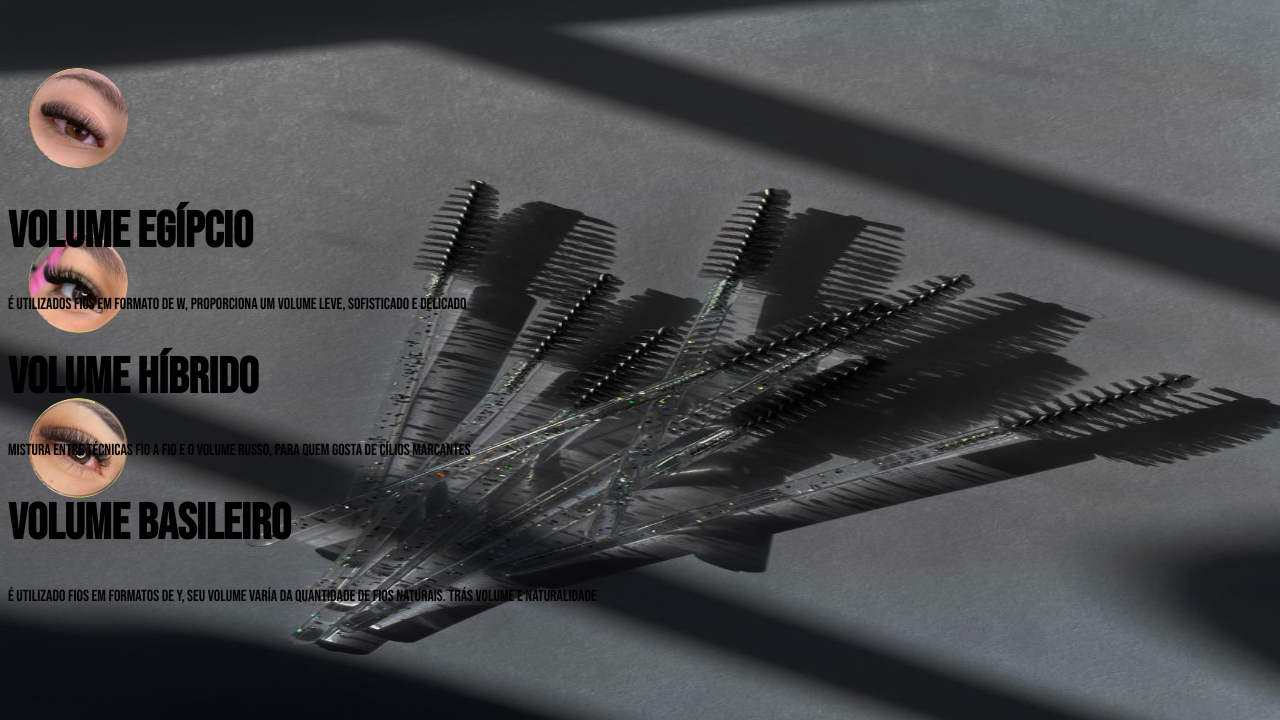
Repository: ketlyn-lash-designer/Ketlyn_Lash_Designer
Page: src/Pages/Modelos.html
An editor plug-in stored every save of this project. The page is shown before and after the next save, followed by the edit.
The browser window is 1280 px wide. The pictures show the whole page.

Above is the page before, as saved 2024-03-29 21:47:50.

After the next save:
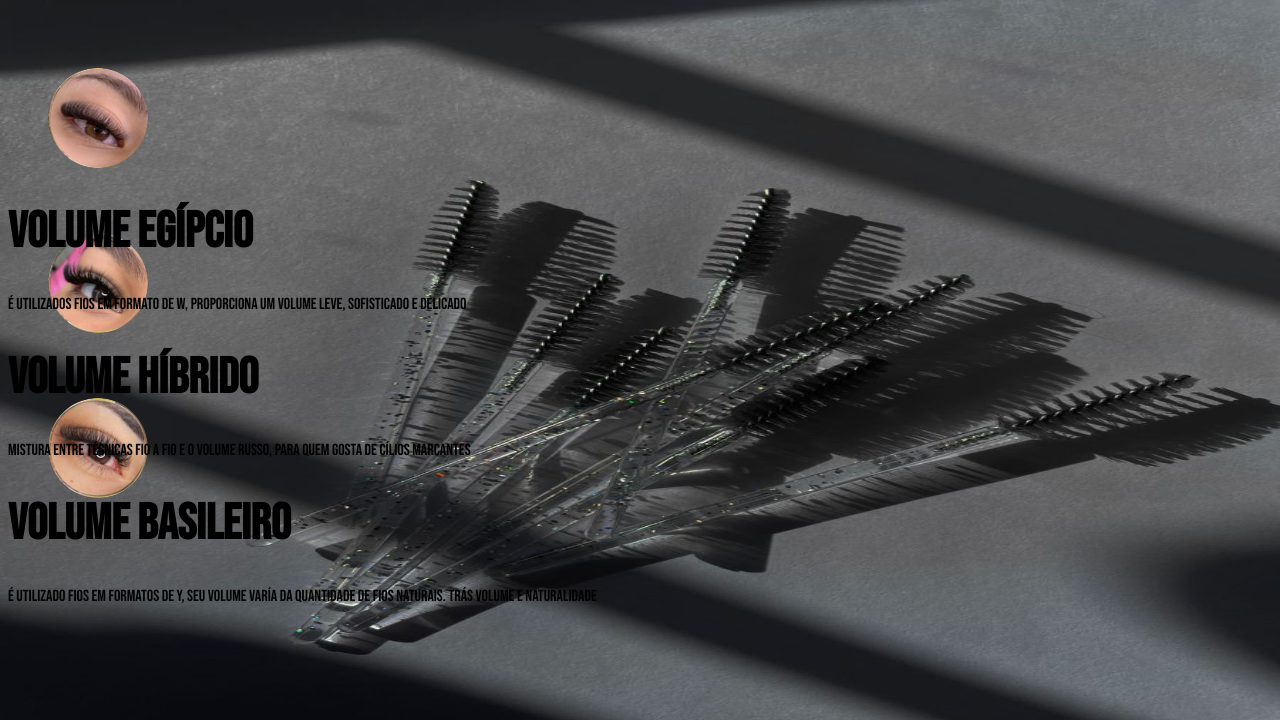
Saved 8 s later.
--- a/src/Styles/Modelos.css
+++ b/src/Styles/Modelos.css
@@ -18,7 +18,7 @@
 img {
   width: 100px;
   height: 100px;
-	padding: 30px 10px;
+	padding: 30px 20px;
   border-radius: 50%;
 }
 

After the save that followed:
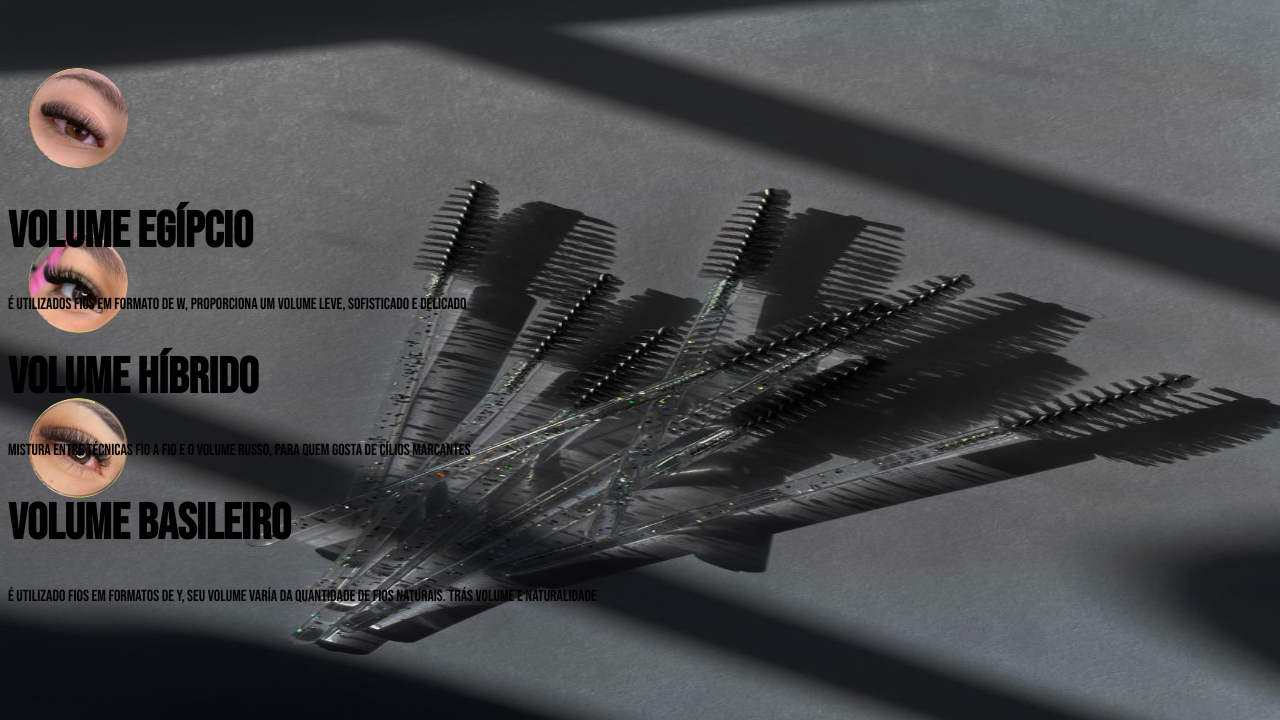
Saved 5 s later.
--- a/src/Styles/Modelos.css
+++ b/src/Styles/Modelos.css
@@ -18,7 +18,7 @@
 img {
   width: 100px;
   height: 100px;
-	padding: 30px 20px;
+	padding: 30px 10px;
   border-radius: 50%;
 }
 
